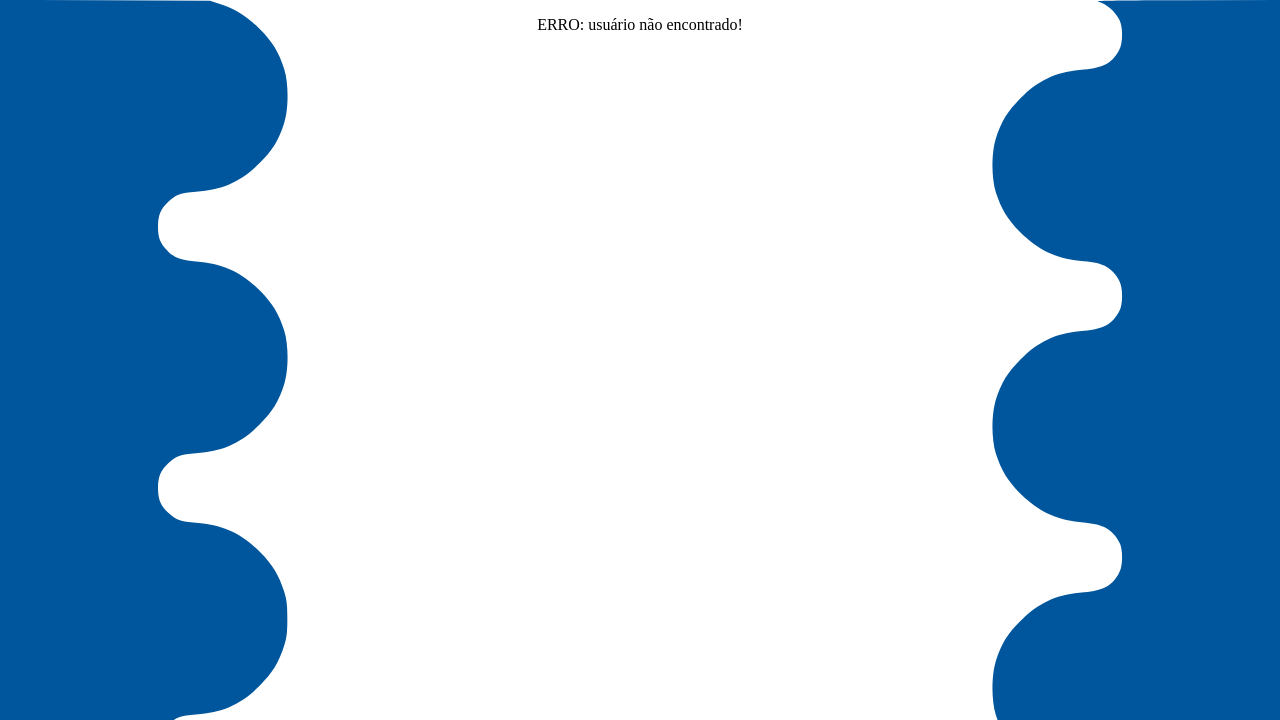
Repository: ArtMainardi/projeto-ctw-front
Page: usuario/usuario.html
These files come from the project's save history. The page is drawn as it stood at one moment and after a run of saves; the edit follows.
The browser window is 1280 px wide. The pictures show the whole page.
The page's requests for data from a server got no answer.

Above is the page before, as saved 2026-06-15 18:18:32.

### usuario/usuario.html
<!DOCTYPE html>
<html lang="pt-br">
<head>
    <meta charset="UTF-8">
    <meta name="viewport" content="width=device-width, initial-scale=1.0">
    <title>Projeto CTW+</title>
    <link rel="stylesheet" href="/index.css">
    <link rel="stylesheet" href="/style.css">
    <link rel="stylesheet" href="usuario.css">
</head>
<body>
    <div class="container-barras-laterais">
        <img src="/images/efeito-lateral.svg" alt="Efeito lateral da página principal" id="barra-lateral1">
        <img src="/images/efeito-lateral.svg" alt="Efeito lateral da página principal" id="barra-lateral2">
    </div>

    <main id="error-main">
        <p id="feedback-message"></p>
    </main>

    <main id="main" style="display: none;">
        <h1>Perfil do Usuário</h1>
        <p id="nome-usuario"></p>
        <p id="cpf-usuario"></p>
        <p id="email-usuario"></p>
        <p id="nascimento-usuario"></p>

        <button id="logout-button" onclick=logout()>Desconectar da conta</button>

        <div class="menu">
            <li class="adm-feature" style="display: none;"><a href="../gerenciar-usuarios/gerenciarUsuarios.html">Gerenciar Usuários</a></li>
            <li><a href="">Materias</a></li>
            <li><a href="../tela-inicial/telaInicial.html">Notícias</a></li>
            <li><a href="">Cardapio</a></li>
            <li><a href="">Ranqueamento</a></li>
            <li><a href="">Usuário</a></li>
        </div>
    </main>

    <script src="./usuario-script.js"></script>
    <script src="../userVerification-script.js"></script>
</body>
</html>

### index.css
main{
    height: 100%;
    display: flex;
    flex-direction: column;
    align-items: center;
}

.logo-ctw{
    margin-top: 15%;
}

.bolha{
    width: 400px;
}

.botao{
    margin-top: 5%;
}

#barra-lateral1 {
    position: fixed;
    left: 0;
}

#barra-lateral2 {
    position: fixed;
    right: 0;
    transform: scale(-1);
}

### style.css
*{
    box-sizing: border-box;
}

body {
    margin: 0;
}

:root{
    --corM: #00569D;
    --corBolha: #D9D9D9;
    --corCampo: #AEAEAE;
    --corBotaoOFF: #929292;
    --corBotaoON: #757575;
}

@font-face{
    src: url(fonts/Inter-VariableFont_opsz\,wght.ttf);
    font-family: "fontM";
}

.bolha{
    border-radius: 34px;
    padding: 10px 25px;
    background-color: var(--corBolha);
    display: flex;
    flex-direction: column;
}

.titulo{
    font-family: fontM;
    margin: 2px;
}

.campo{
    font-family: fontM;
    padding: 1% 5%;
    border: none;
    border-radius: 10px;
    background-color: var(--corCampo);
    margin: 2px;
}

.botao{
    font-family: fontM;
    border: none;
    padding: 1% 5%;
    border-radius: 34px;
    text-align: center;
    background-color: var(--corBotaoOFF);
    margin: 2px;
    height: 30px;
}

.botao:hover{
    font-weight: bold;
    background-color: var(--corBotaoON);
}

.botao:active{
    font-weight: bold;
    border: 2px inset var(--corBotaoOFF);
    font-size: 0.8em;
}

.texto{
    font-family: fontM;
    text-align: center;
    padding: 0;
}

.logo-ctw{
    zoom: 55%;
    margin: 20px;
}

.bola{
    background-color: var(--corM);
    border-radius: 50%;
    opacity: 50%;
    position: fixed;
}


#bola1{
    height: 100px;
    width: 100px;
    top: 45px;
    left: 400px;
}

#bola2{
    height: 800px;
    width: 800px;
    top: 450px;
    left: -250px;
}

#bola3{
    height: 200px;
    width: 200px;
    top: -65px;
    left: 1300px;
}

#bola4{
    height: 700px;
    width: 700px;
    top: 350px;
    left: 1400px;
}

### usuario/usuario-script.js
window.addEventListener("load", async function() {
    console.log("AAAA");
    // Definindo as variáveis dos elementos do HTML:
    const nome = document.getElementById("nome-usuario");
    const cpf = document.getElementById("cpf-usuario");
    const email = document.getElementById("email-usuario");
    const nascimento = document.getElementById("nascimento-usuario");

    // Buscando o usuário no banco de dados:
    const API = await fetch(`http://localhost:8055/${tipoUsuario}/${usuarioId}`, {
        method: "GET"
    });
    const usuario = await API.json();

    // Colocando os dados do usuário nos elementos:
    nome.innerHTML = "Nome: " + usuario[`nome_${tipoUsuario}`];
    cpf.innerHTML = "CPF: " + usuario[`cpf_${tipoUsuario}`];
    email.innerHTML = "Email: " + usuario[`email_${tipoUsuario}`];
    nascimento.innerHTML = "Data de Nascimento: " + usuario[`data_nascimento_${tipoUsuario}`];
});

function logout(){
    localStorage.setItem("usuarioId", null);
    localStorage.setItem("tipoUsuario", null);

    window.location.replace("../index.html");
}

### userVerification-script.js
// Pegando dados salvos localmente:
const usuarioId = localStorage.getItem("usuarioId");
const tipoUsuario = localStorage.getItem("tipoUsuario");

// Verificando usuário salvo para então mostrar a página:
window.addEventListener("load", async function() {
    const main = document.getElementById("main");
    const errorMain = document.getElementById("error-main");
    const feedback = document.getElementById("feedback-message");

    feedback.innerHTML = "Carregando...";

    // Verificando se existe o usuário com o ID salvo:
    if(tipoUsuario == "professor"){ // Procurando na lista de professores:
        const API = await fetch(`http://localhost:8055/professor/${usuarioId}`, {
            method: "GET"
        });

        if(API.ok){
            usuario = await API.json();
            if(usuario.adm){ // Verificando se não é ADM, para liberar as funções de ADM
                const admElements = document.querySelectorAll(".adm-feature");
                admElements.forEach(element => {
                    element.style.display = "block";
                });
            }
            main.style.display = "block";
            errorMain.style.display = "none";
        }
    } else if(tipoUsuario == "aluno"){ // Procurando na lista de alunos:
        const API = await fetch(`http://localhost:8055/aluno/${usuarioId}`, {
            method: "GET"
        });

        if(API.ok){
            if(window.location.pathname.includes("/gerenciar")){
                feedback.innerHTML = "ERRO: esse usuário não tem permissão para acessar essa página!";
            } else{
                main.style.display = "block";
                errorMain.style.display = "none";
            }
        } else{ // Mostrando erro se não encontrar o usuário:
            feedback.innerHTML = "ERRO: usuário não encontrado!";
        }
    } else{ // Mostrando erro se não encontrar o usuário:
        feedback.innerHTML = "ERRO: usuário não encontrado!";
    }
});

Loaded but not shown: usuario/usuario.css (no stored copy; drawn as an empty file)

After the next 2 saves:
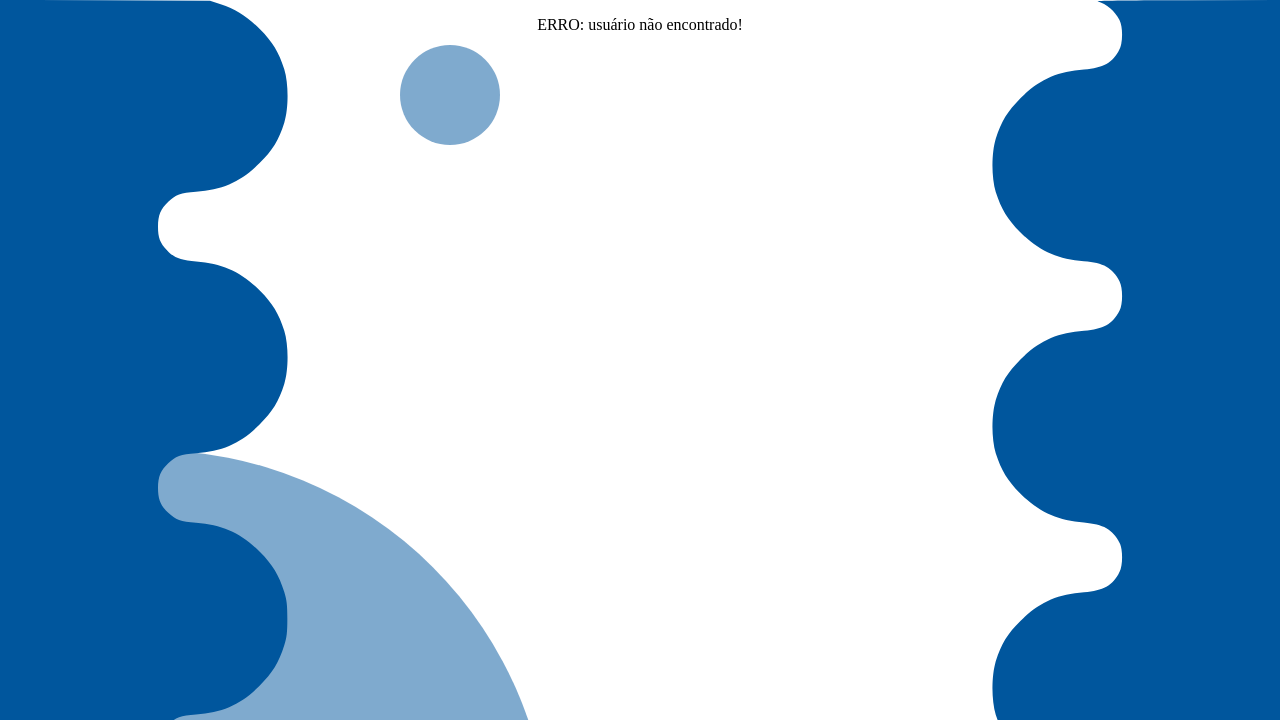
The 2 saves are shown as one change because they came seconds apart.
The last was saved 63 s later.
--- a/usuario/usuario.html
+++ b/usuario/usuario.html
@@ -9,6 +9,14 @@
     <link rel="stylesheet" href="usuario.css">
 </head>
 <body>
+
+    <div class="bolas">
+        <div class="bola" id="bola1"></div>
+        <div class="bola" id="bola2"></div>
+        <div class="bola" id="bola3"></div>
+        <div class="bola" id="bola4"></div>
+    </div>
+
     <div class="container-barras-laterais">
         <img src="/images/efeito-lateral.svg" alt="Efeito lateral da página principal" id="barra-lateral1">
         <img src="/images/efeito-lateral.svg" alt="Efeito lateral da página principal" id="barra-lateral2">
